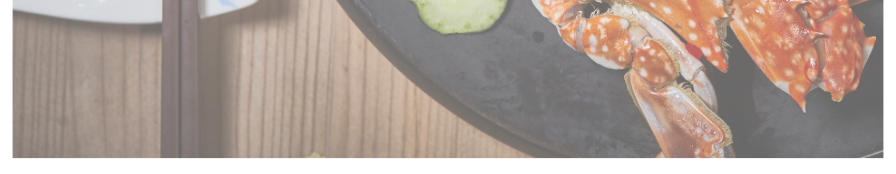
Repository: gyfffffff/meishimeike_test
Page: meishimeike/test.html
These files come from the project's save history. The page is drawn as it stood at one moment and after the next save; the edit follows.
The browser window is 1280 px wide. The pictures show the part of the page from y = 3267 to 5187 px (the page is 3515 px tall before and 6963 px after), at 70% of full size.

Above is the page before, as saved 2023-07-13 17:56:30.

After the next save:
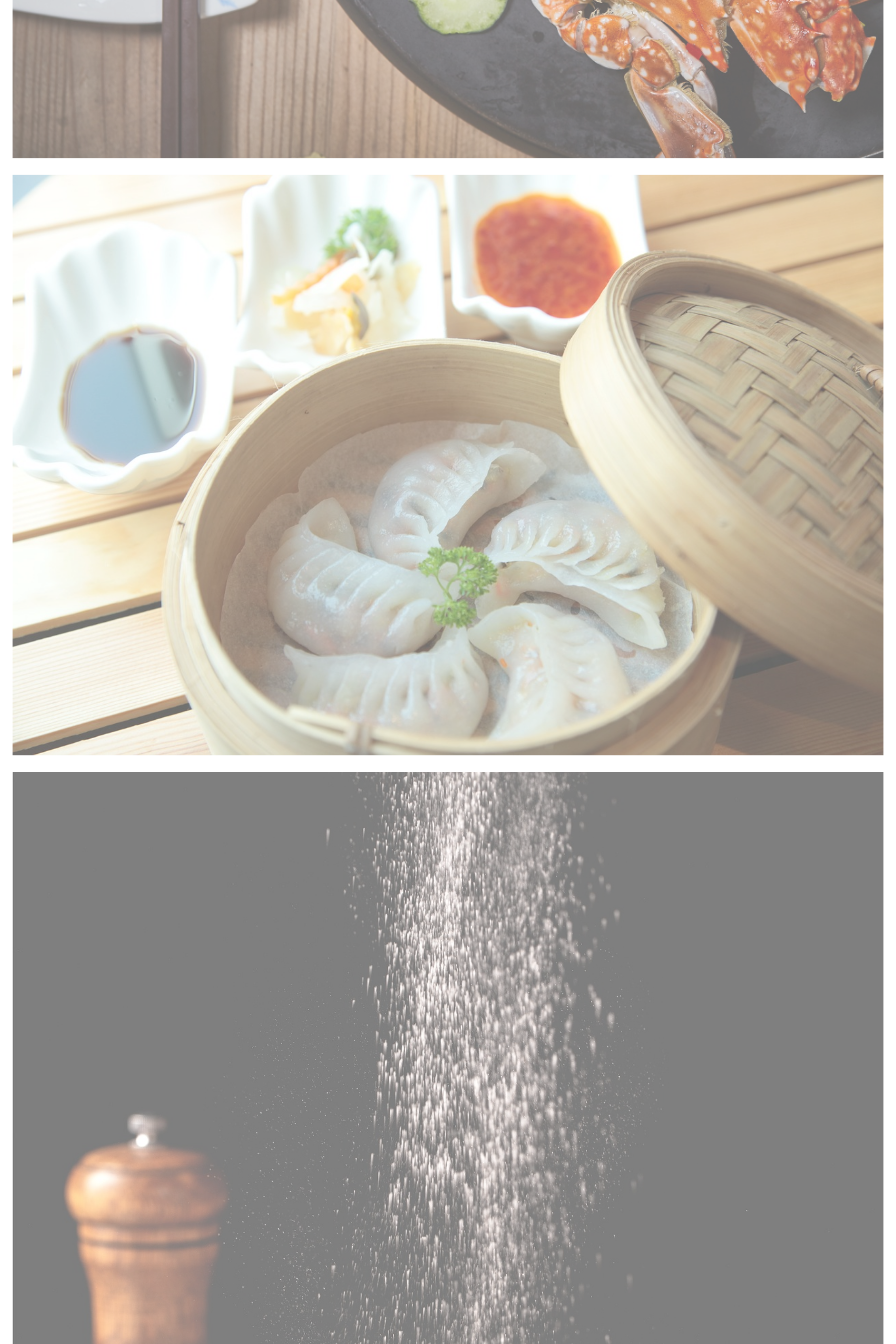
Saved 7 s later.
--- a/meishimeike/test.html
+++ b/meishimeike/test.html
@@ -85,7 +85,26 @@
                 </div>
             </td>
         </tr>
-
+                <tr class="colum">
+                    <td>
+                        <div class="image-container">
+                            <img src="../images/dimsum-gdc2119ebe_1280.jpg" alt="Image 1">
+                            <div class="overlay">Overlay Content</div>
+                        </div>
+                    </td>
+                    <td>
+                        <div class="image-container">
+                            <img src="../images/dumplings-ga37414565_1920.jpg" alt="Image 2">
+                            <div class="overlay">Overlay Content</div>
+                        </div>
+                    </td>
+                    <td>
+                        <div class="image-container">
+                            <img src="../images/seafood-g05eaec168_1920.jpg" alt="Image 3">
+                            <div class="overlay">Overlay Content</div>
+                        </div>
+                    </td>
+                </tr>
     </tbody>
 
 
